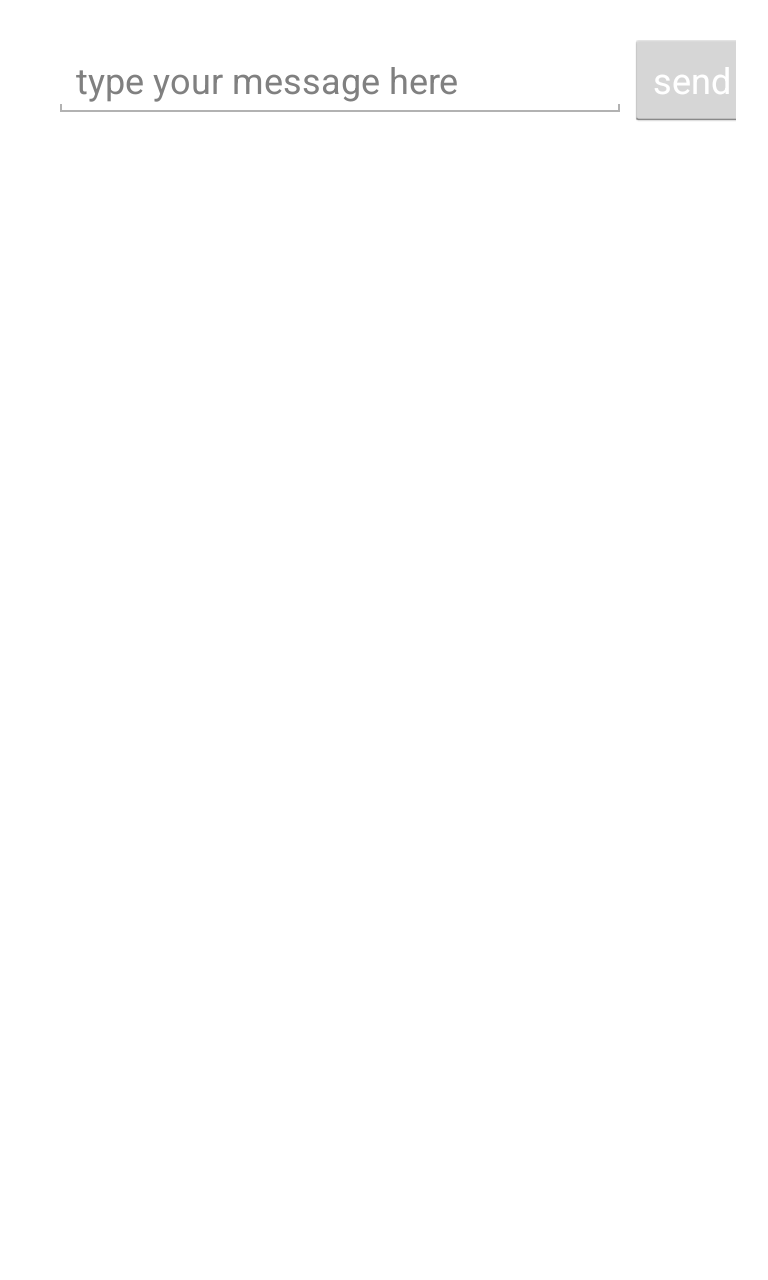
Repository: liujianpc/AndroidStudy
Layout: NinePatchTest/res/layout/activity_main.xml
These files come from the project's save history. The layout is drawn as it stood at one moment and after the next save; the edit follows.
It is drawn on a 768 x 1280 px phone screen (xhdpi) without system bars, with theme AppTheme; the app's code is not run. Lists and similar views that code fills are empty.

Above is the layout before, as saved 2016-07-25 05:56:51.

After the next save:
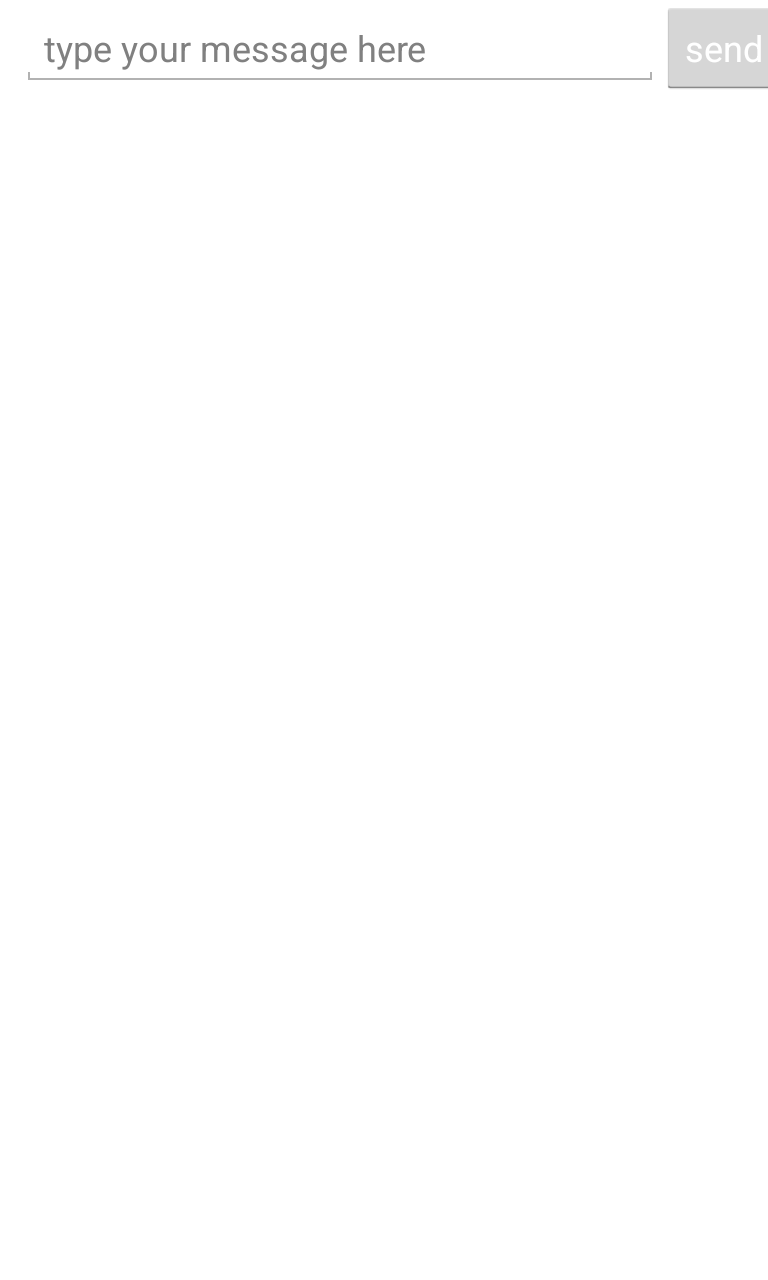
Saved 4 min 22 s later.
--- a/NinePatchTest/res/layout/activity_main.xml
+++ b/NinePatchTest/res/layout/activity_main.xml
@@ -2,10 +2,7 @@
     xmlns:tools="http://schemas.android.com/tools"
     android:layout_width="match_parent"
     android:layout_height="match_parent"
-    android:paddingBottom="@dimen/activity_vertical_margin"
-    android:paddingLeft="@dimen/activity_horizontal_margin"
-    android:paddingRight="@dimen/activity_horizontal_margin"
-    android:paddingTop="@dimen/activity_vertical_margin"
+
     tools:context="com.example.ninepatchtest.MainActivity" >
 
     <ListView
@@ -23,19 +20,17 @@
         <EditText
             android:id="@+id/message_edit"
             android:layout_width="0dp"
+            android:layout_height="wrap_content"
             android:layout_weight="1"
-            android:layout_height="wrap_content"
             android:hint="type your message here"
-            android:maxLines="2"
-            />
+            android:maxLines="2" />
 
         <Button
             android:id="@+id/send_button"
             android:layout_width="wrap_content"
             android:layout_height="wrap_content"
             android:text="send"
-            android:textColor="#fff"
-            />
+            android:textColor="#fff" />
     </LinearLayout>
 
 </LinearLayout>

After the save that followed:
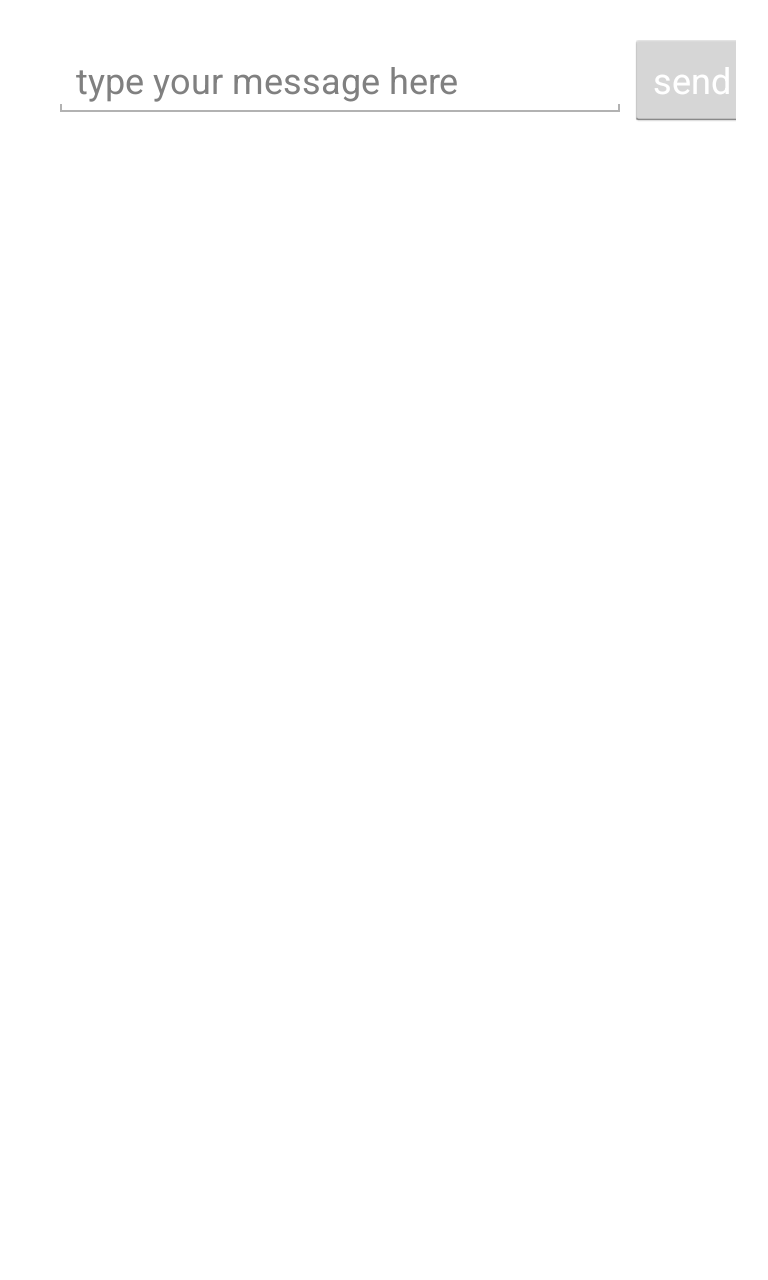
Saved 112 s later.
--- a/NinePatchTest/res/layout/activity_main.xml
+++ b/NinePatchTest/res/layout/activity_main.xml
@@ -2,7 +2,10 @@
     xmlns:tools="http://schemas.android.com/tools"
     android:layout_width="match_parent"
     android:layout_height="match_parent"
-
+    android:paddingBottom="@dimen/activity_vertical_margin"
+    android:paddingLeft="@dimen/activity_horizontal_margin"
+    android:paddingRight="@dimen/activity_horizontal_margin"
+    android:paddingTop="@dimen/activity_vertical_margin"
     tools:context="com.example.ninepatchtest.MainActivity" >
 
     <ListView
